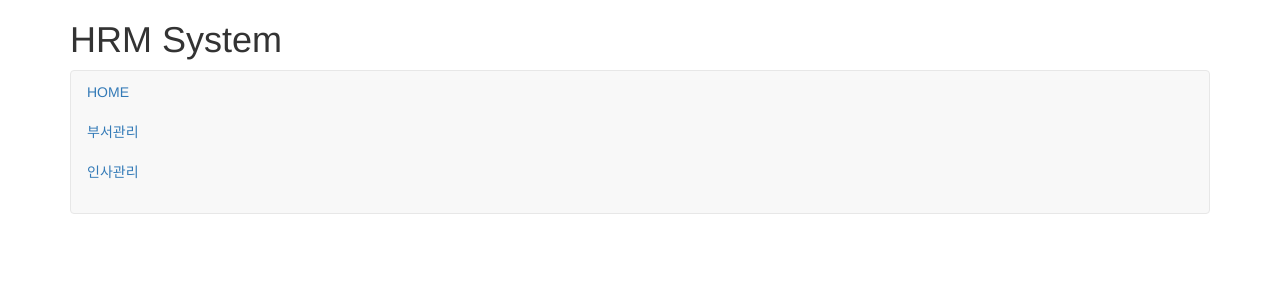
Repository: snowcuphea/webwork_class
Page: clientweb/WebContent/bootstrap/top02.html
These files come from the project's save history. The page is drawn as it stood at one moment and after the next save; the edit follows.
The browser window is 1280 px wide. The pictures show the whole page.

Above is the page before, as saved 2020-01-06 06:30:20.

### clientweb/WebContent/bootstrap/top02.html
<!DOCTYPE html>
<html>
<head>
<meta charset="EUC-KR">
<title>Insert title here</title>
  <link rel="stylesheet" href="https://maxcdn.bootstrapcdn.com/bootstrap/3.4.1/css/bootstrap.min.css">
  <script src="https://ajax.googleapis.com/ajax/libs/jquery/3.4.1/jquery.min.js"></script>
  <script src="https://maxcdn.bootstrapcdn.com/bootstrap/3.4.1/js/bootstrap.min.js"></script>
</head>

<body>
	<div class = "container">
		<h1>HRM System</h1>
		<nav class="navbar navbar-default">
		<!-- 시맨틱 태그. nav로 감싸진 것은, 이 곳이 메뉴라는 것을 알려준다. html5에서 추가됨 -->

		<ul class = "nav navbar">
			<li class="active"><a href="#">HOME</a></li>
			<li></li>
			<li><a href="#">부서관리</a></li>
			<li><a href="#">인사관리</a></li>
		</ul>
		</nav>
	</div>

</body>
</html>

After the next save:
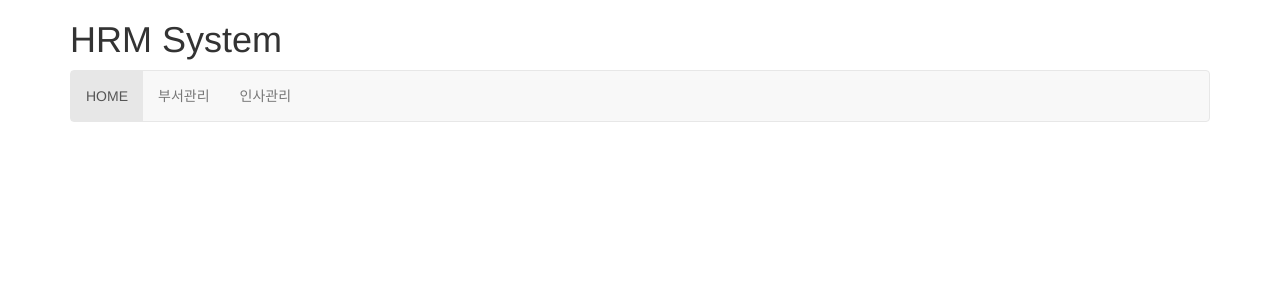
Saved 37 s later.
--- a/clientweb/WebContent/bootstrap/top02.html
+++ b/clientweb/WebContent/bootstrap/top02.html
@@ -14,7 +14,7 @@
 		<nav class="navbar navbar-default">
 		<!-- 시맨틱 태그. nav로 감싸진 것은, 이 곳이 메뉴라는 것을 알려준다. html5에서 추가됨 -->
 
-		<ul class = "nav navbar">
+		<ul class = "nav navbar-nav">
 			<li class="active"><a href="#">HOME</a></li>
 			<li></li>
 			<li><a href="#">부서관리</a></li>
